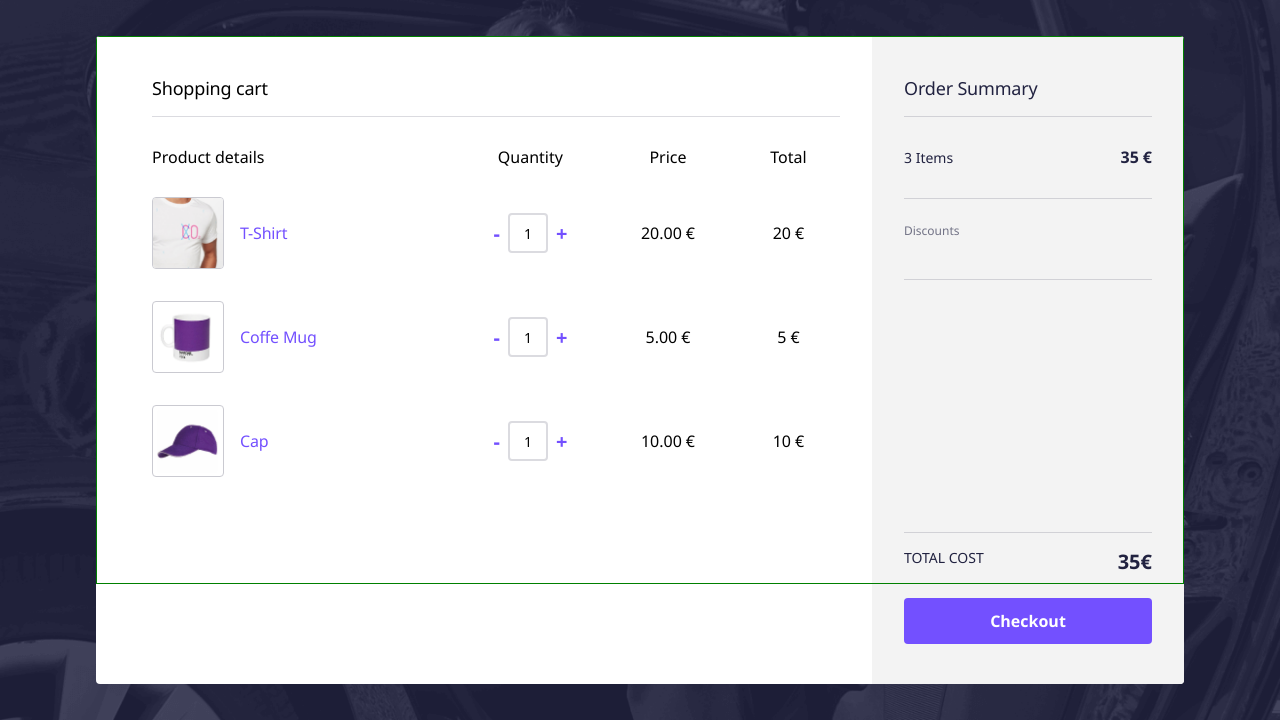
Repository: banchiec/challengecbfy
Page: /
The author's editor kept a copy of each file at every save. The page is drawn from the files as they stood at one save, then again after the next save.
The browser window is 1280 px wide. The pictures show the whole page.
Some web fonts or font styles are not loaded; a fallback is used. The project was rebuilt for these pictures with package versions that can differ from the ones it lists, and the page was loaded fresh each time. Also part of the build but not shown: craco.config.js.

Above is the page before, as saved 2021-12-10 12:58:55.

After the next save:
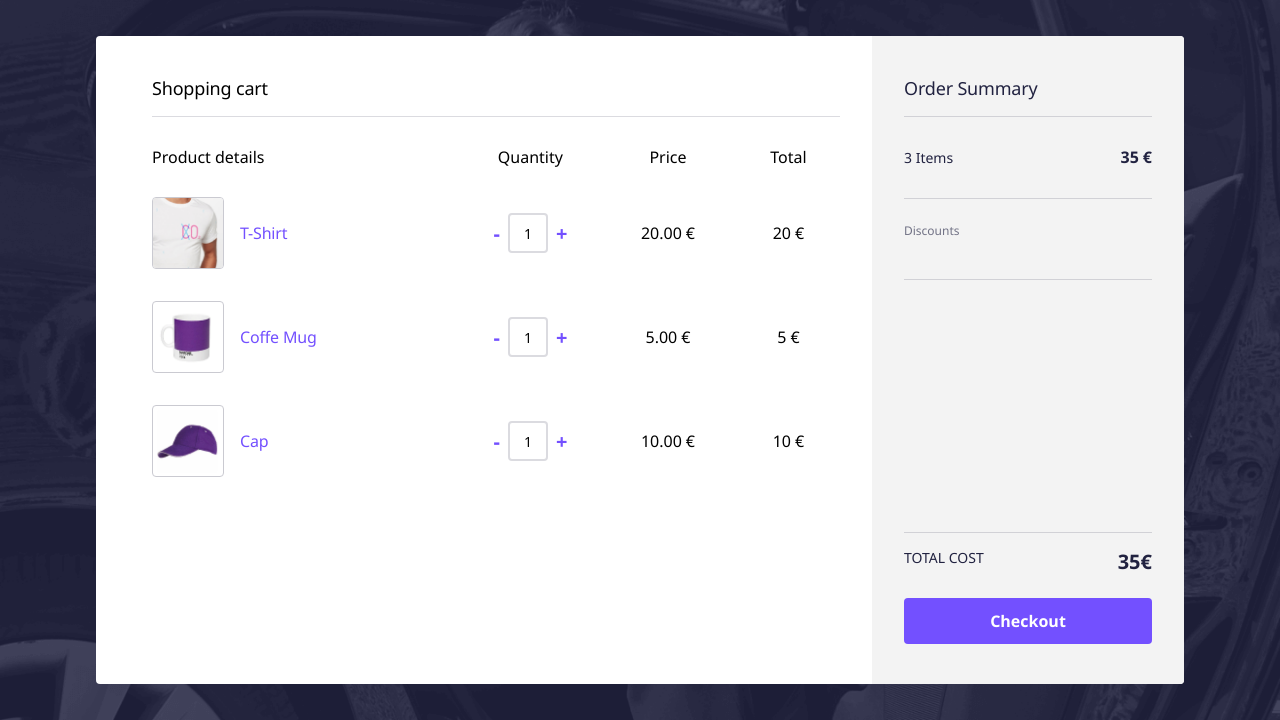
Saved 26 s later.
--- a/src/components/shoppingCart/ShoppingCart.js
+++ b/src/components/shoppingCart/ShoppingCart.js
@@ -13,9 +13,9 @@ export const ShoppingCart = (props) => {
 
     return (
         <>
-            <div className="modal">
+            {/* <div className="modal">
                 <div className="content"></div>
-            </div>
+            </div> */}
             <section className="products">
                 <h1 className="main">Shopping cart</h1>
                 <ul className="product-list tableHead">

After the 2 saves that followed:
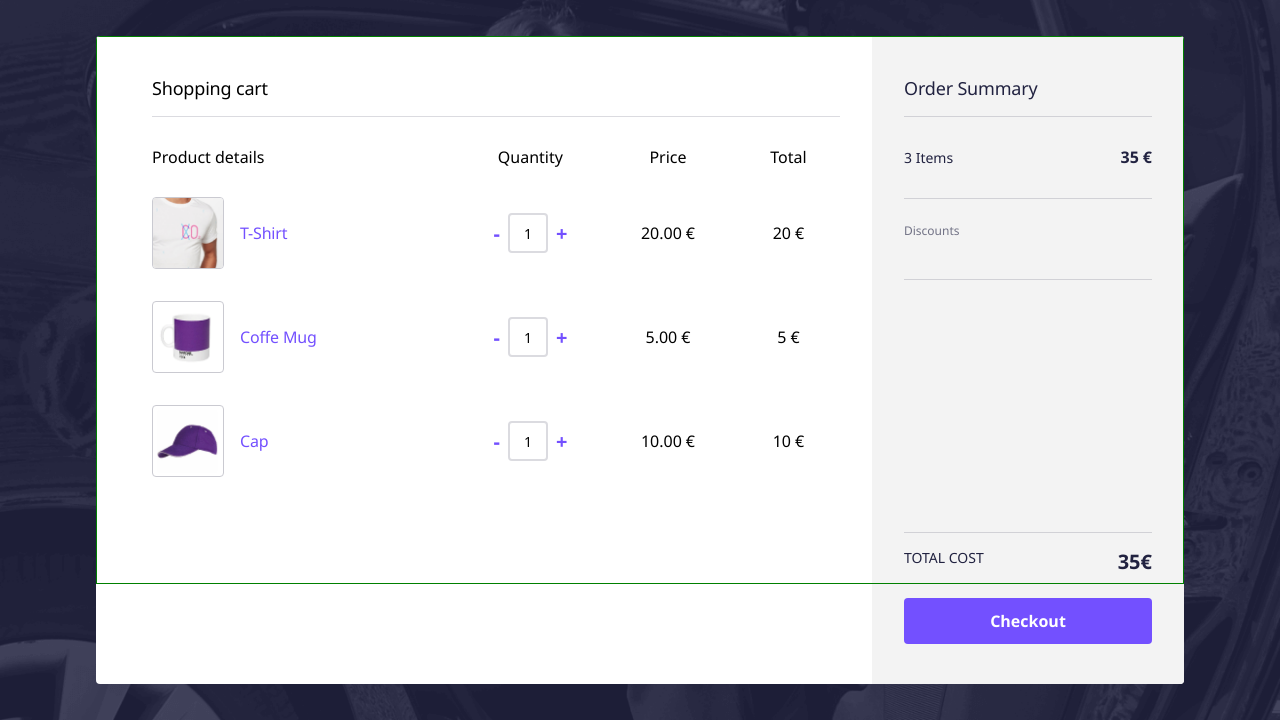
The 2 saves are shown as one change because 1 left the picture as it was.
The last was saved 37 s later.
--- a/src/components/main/Main.js
+++ b/src/components/main/Main.js
@@ -44,6 +44,9 @@ export default function Main(props) {
 
     return (
         <main className="App">
+            <div className="modal">
+                <div className="content"></div>
+            </div>
             <ShoppingCart items={items} scan={scan} cost={cost} />
             <OrderSummery summary={summary} />
         </main>
